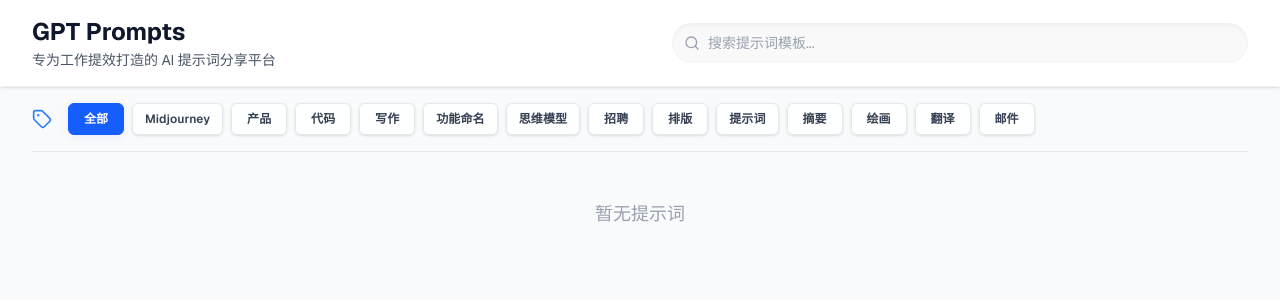
Repository: SweetPomelo0/GPT_Prompts
Page: /
The author's editor kept a copy of each file at every save. The page is drawn from the files as they stood at one save, then again after the next save.
The browser window is 1280 px wide. The pictures show the whole page.
The page's requests for data from a server got no answer. The project was rebuilt for these pictures with package versions that can differ from the ones it lists, and the page was loaded fresh each time. The framework's server and built-in components were replaced by stand-ins that run in the browser. No one was signed in, and anything a server would have sent is missing. Also part of the build but not shown: next.config.ts, src/components/PromptCard.tsx, src/components/PromptModal.tsx.

Above is the page before, as saved 2025-07-27 23:08:03.

### src/app/layout.tsx
import type { Metadata } from "next";
import { Geist, Geist_Mono } from "next/font/google";
import "./globals.css";

const geistSans = Geist({
  variable: "--font-geist-sans",
  subsets: ["latin"],
});

const geistMono = Geist_Mono({
  variable: "--font-geist-mono",
  subsets: ["latin"],
});

export const metadata: Metadata = {
  title: "GPT_Prompts",
  description: "专为工作提效打造的 AI 提示词分享平台",
};

export default function RootLayout({
  children,
}: Readonly<{
  children: React.ReactNode;
}>) {
  return (
    <html lang="zh-CN">
      <body
        className={`${geistSans.variable} ${geistMono.variable} antialiased`}
      >
        {children}
      </body>
    </html>
  );
}

### src/app/page.tsx
'use client';

import { useState, useEffect } from 'react';
import Header from '@/components/Header';
import CategoryNav from '@/components/CategoryNav';
import PromptList from '@/components/PromptList';
import { categories } from '@/data/prompts';
import { Prompt } from '@/types/prompt';

export default function Home() {
  const [activeCategory, setActiveCategory] = useState('all');
  const [searchQuery, setSearchQuery] = useState('');
  const [prompts, setPrompts] = useState<Prompt[]>([]);
  const [loading, setLoading] = useState(true);

  // 获取提示词数据
  useEffect(() => {
    const fetchPrompts = async () => {
      try {
        const response = await fetch('/api/prompts');
        if (response.ok) {
          const data = await response.json();
          setPrompts(data);
        } else {
          console.error('Failed to fetch prompts');
        }
      } catch (error) {
        console.error('Error fetching prompts:', error);
      } finally {
        setLoading(false);
      }
    };

    fetchPrompts();
  }, []);

  // 根据分类和搜索查询过滤提示词
  const filteredPrompts = prompts.filter(prompt => {
    // 先按分类过滤
    if (activeCategory !== 'all') {
      const category = categories.find(cat => cat.id === activeCategory);
      if (!category || !prompt.categories.includes(category.name)) {
        return false;
      }
    }

    // 如果没有搜索查询，返回所有符合分类的提示词
    return true;
  });

  if (loading) {
    return (
      <div className="min-h-screen bg-gray-50 flex items-center justify-center">
        <div className="text-gray-500">加载中...</div>
      </div>
    );
  }

  return (
    <div className="min-h-screen bg-gray-50">
      {/* 头部：网站标题和搜索框 */}
      <Header onSearch={setSearchQuery} />

      {/* 分类导航栏 */}
      <CategoryNav
        categories={categories}
        activeCategory={activeCategory}
        onCategoryChange={setActiveCategory}
      />

      {/* 提示词列表 */}
      <main>
        <PromptList
          prompts={filteredPrompts}
          searchQuery={searchQuery}
        />
      </main>
    </div>
  );
}

### src/app/globals.css
@import "tailwindcss";

:root {
  --background: #ffffff;
  --foreground: #171717;
}

@theme inline {
  --color-background: var(--background);
  --color-foreground: var(--foreground);
  --font-sans: var(--font-geist-sans);
  --font-mono: var(--font-geist-mono);
}

@media (prefers-color-scheme: dark) {
  :root {
    --background: #0a0a0a;
    --foreground: #ededed;
  }
}

/* 暗黑模式样式 */
.dark {
  --background: #0a0a0a;
  --foreground: #ededed;
}

body {
  background: linear-gradient(to bottom, #f8f9fa, #e9ecef);
  color: var(--foreground);
  font-family: var(--font-geist-sans), Arial, Helvetica, sans-serif;
  transition: background 0.3s ease, color 0.3s ease;
}

.dark body {
  background: linear-gradient(to bottom, #121212, #1e1e1e);
}

@keyframes fade-in-scale {
  from {
    transform: scale(0.95) translateY(20px);
    opacity: 0;
  }
  to {
    transform: scale(1) translateY(0);
    opacity: 1;
  }
}

.animate-fade-in-scale {
  animation: fade-in-scale 0.3s ease-in-out forwards;
}

/* Custom scrollbar styles */
.custom-scrollbar::-webkit-scrollbar {
  width: 8px;
  height: 8px;
}

.custom-scrollbar::-webkit-scrollbar-track {
  background: transparent;
}

.custom-scrollbar::-webkit-scrollbar-thumb {
  background: rgba(0, 0, 0, 0.1); /* 半透明 */
  border-radius: 4px;
  transition: background 0.3s;
}

.custom-scrollbar:hover::-webkit-scrollbar-thumb {
  background: #d1d5db; /* 悬停时显示滚动条 */
  transition: background 0.3s ease;
}

.custom-scrollbar::-webkit-scrollbar-thumb:hover {
  background: #9ca3af; /* 滚动条悬停时的颜色 */
}

/* For Firefox */
.custom-scrollbar {
  scrollbar-width: thin;
  scrollbar-color: transparent transparent; /* 默认透明，不显示滚动条 */
  transition: scrollbar-color 0.3s ease;
}

.custom-scrollbar:hover {
  scrollbar-color: #d1d5db transparent; /* 悬停时显示滚动条 */
}

### src/components/Header.tsx
'use client';

import { useState } from 'react';
import { Search } from 'lucide-react';

interface HeaderProps {
  onSearch: (query: string) => void;
}

export default function Header({ onSearch }: HeaderProps) {
  const [searchQuery, setSearchQuery] = useState('');

  // 处理输入变化，实时搜索
  const handleInputChange = (e: React.ChangeEvent<HTMLInputElement>) => {
    const newQuery = e.target.value;
    setSearchQuery(newQuery);
    onSearch(newQuery); // 实时触发搜索
  };

  // 处理表单提交（防止页面刷新）
  const handleSubmit = (e: React.FormEvent) => {
    e.preventDefault();
  };

  return (
    <header className="bg-white/90 backdrop-blur-md shadow-sm border-b border-gray-200/50">
      <div className="max-w-7xl mx-auto px-4 sm:px-6 lg:px-8">
        <div className="flex items-center justify-between py-4 gap-4">
        {/* 网站标题 */}
        <div className="flex-1 min-w-0">
          <h1 className="text-2xl font-bold text-slate-900 truncate">
            GPT Prompts
          </h1>
          <p className="text-sm text-gray-600 leading-tight truncate mt-1">
            专为工作提效打造的 AI 提示词分享平台
          </p>
        </div>

        {/* 搜索框 */}
        <div className="flex-1 max-w-xl">
          <form onSubmit={handleSubmit} className="relative">
            <Search className="absolute left-3 top-1/2 transform -translate-y-1/2 text-gray-400 w-4 h-4" />
            <input
              type="text"
              placeholder="搜索提示词模板..."
              value={searchQuery}
              onChange={handleInputChange}
              className="w-full bg-gray-100/50 border-0 rounded-full pl-9 pr-4 py-2.5 text-sm focus:ring-2 focus:ring-blue-400 focus:bg-white shadow-inner transition-all duration-300 placeholder-gray-400 hover:bg-gray-50"
            />
          </form>
        </div>
      </div>
      </div>
    </header>
  );
}

### src/components/CategoryNav.tsx
'use client';

import { Category } from '@/types/prompt';
import { Tag } from 'lucide-react';

interface CategoryNavProps {
  categories: Category[];
  activeCategory: string;
  onCategoryChange: (categoryId: string) => void;
}

export default function CategoryNav({ categories, activeCategory, onCategoryChange }: CategoryNavProps) {
  return (
    <nav>
      <div className="max-w-7xl mx-auto px-4 sm:px-6 lg:px-8">
        <div className="flex items-center flex-wrap gap-2 py-4">
          <Tag className="w-5 h-5 text-blue-500 mr-2 shrink-0" />
          <div className="flex flex-wrap gap-2">
            {categories.map((category) => (
              <button
                key={category.id}
                onClick={() => onCategoryChange(category.id)}
                className={`group h-8 text-xs rounded-md border font-semibold transition-all duration-200 whitespace-nowrap shadow-sm focus:outline-none focus:ring-2 focus:ring-blue-200 focus:ring-offset-2 flex items-center justify-center ${
                  activeCategory === category.id
                    ? 'bg-blue-600 text-white border-blue-600 shadow-md'
                    : 'bg-white/90 text-gray-700 border-gray-200 hover:text-blue-600 hover:border-blue-600 hover:bg-blue-50'
                }`}
                style={{letterSpacing: '0.01em', minWidth: 56, minHeight: 32, padding: '0 12px', boxShadow: activeCategory === category.id ? '0 2px 8px 0 rgba(24, 80, 255, 0.08)' : undefined}}
              >
                {category.name}
              </button>
            ))}
          </div>
        </div>
        <hr className="border-t border-gray-200" />
      </div>
    </nav>
  );
}

### src/components/PromptList.tsx
'use client';

import { useState } from 'react';
import pinyin from 'tiny-pinyin';
import { Prompt } from '@/types/prompt';
import PromptCard from './PromptCard';
import PromptModal from './PromptModal';

interface PromptListProps {
  prompts: Prompt[];
  searchQuery: string;
}

export default function PromptList({ prompts, searchQuery }: PromptListProps) {
  const [selectedPrompt, setSelectedPrompt] = useState<Prompt | null>(null);
  const [isModalOpen, setIsModalOpen] = useState(false);

  const handleCardClick = (prompt: Prompt) => {
    setSelectedPrompt(prompt);
    setIsModalOpen(true);
  };

  const handleCloseModal = () => {
    setIsModalOpen(false);
    setSelectedPrompt(null);
  };

  // 拼音搜索辅助函数
  const matchesPinyin = (text: string, query: string): boolean => {
    if (!pinyin.isSupported()) {
      return false;
    }

    try {
      // 转换为拼音（不带音调）
      const pinyinText = pinyin.convertToPinyin(text, '', true); // 小写，无分隔符
      // 转换为拼音首字母
      const pinyinInitials = pinyin.parse(text)
        .filter(token => token.type === 2) // 只取中文字符
        .map(token => token.target.charAt(0).toLowerCase())
        .join('');

      return (
        pinyinText.includes(query) ||
        pinyinInitials.includes(query)
      );
    } catch (error) {
      console.warn('拼音转换失败:', error);
      return false;
    }
  };

  // 过滤提示词
  const filteredPrompts = prompts.filter(prompt => {
    if (!searchQuery) return true;

    const query = searchQuery.toLowerCase();

    // 基本字符串匹配
    const basicMatch = (
      prompt.title.toLowerCase().includes(query) ||
      prompt.description.toLowerCase().includes(query) ||
      prompt.categories.some(category => category.toLowerCase().includes(query)) ||
      (prompt.content && prompt.content.toLowerCase().includes(query))
    );

    // 拼音匹配
    const pinyinMatch = (
      matchesPinyin(prompt.title, query) ||
      matchesPinyin(prompt.description, query) ||
      prompt.categories.some(category => matchesPinyin(category, query))
    );

    return basicMatch || pinyinMatch;
  });

  if (filteredPrompts.length === 0) {
    return (
      <div className="text-center py-12">
        <div className="text-gray-400 text-lg mb-2">
          {searchQuery ? '未找到相关提示词' : '暂无提示词'}
        </div>
        {searchQuery && (
          <p className="text-gray-500">
            尝试使用其他关键词搜索
          </p>
        )}
      </div>
    );
  }

  return (
    <>
      <div className="max-w-7xl mx-auto px-4 sm:px-6 lg:px-8 py-8">
        <div className="grid grid-cols-1 md:grid-cols-2 lg:grid-cols-4 gap-2">
          {filteredPrompts.map((prompt) => (
            <PromptCard
              key={prompt.id}
              prompt={prompt}
              onCardClick={handleCardClick}
            />
          ))}
        </div>
      </div>

      <PromptModal
        prompt={selectedPrompt}
        isOpen={isModalOpen}
        onClose={handleCloseModal}
      />
    </>
  );
}

### src/data/prompts.ts
import { Prompt, Category, extractCategoriesFromPrompts } from "@/types/prompt";

// 基础分类（始终包含"全部"选项）
const baseCategories: Category[] = [
  {
    id: "all",
    name: "全部",
    description: "所有提示词模板",
  },
];

// 动态生成分类的函数
export function generateCategoriesFromPrompts(prompts: Prompt[]): Category[] {
  const uniqueCategories = extractCategoriesFromPrompts(prompts);
  const dynamicCategories: Category[] = uniqueCategories.map((category) => ({
    id: category.toLowerCase().replace(/\s+/g, "-"),
    name: category,
    description: `${category}相关的提示词模板`,
  }));

  return [...baseCategories, ...dynamicCategories];
}

export const prompts: Prompt[] = [
  {
    id: "2",
    title: "中文写作改进专家",
    description: "优化文章句子的语法、清晰度和简洁度，提高可读性",
    content: "", // 内容将通过API从md文件加载
    categories: ["写作"],
    createdAt: "2025-07-27",
    updatedAt: "2025-07-27",
  },
  {
    id: "3",
    title: "软件功能命名专家",
    description: "根据功能描述，设计符合软件界面语言风格和行业标准的功能名称",
    content: "", // 内容将通过API从md文件加载
    categories: ["功能命名"],
    createdAt: "2025-07-27",
    updatedAt: "2025-07-27",
  },
  {
    id: "4",
    title: "词条英译中的翻译专家",
    description:
      "将英文软件词条或句子翻译成简体中文，风格贴近苹果和微软中文软件的表达方式",
    content: "", // 内容将通过API从md文件加载
    categories: ["翻译"],
    createdAt: "2025-07-27",
    updatedAt: "2025-07-27",
  },
  {
    id: "5",
    title: "提示词写作专家",
    description: "将自然语言提示转化为结构清晰、标准化的AI提示词结构",
    content: "", // 内容将通过API从md文件加载
    categories: ["提示词"],
    createdAt: "2025-07-27",
    updatedAt: "2025-07-27",
  },
  {
    id: "6",
    title: "词条中译英的翻译专家",
    description:
      "将简体中文软件词条或句子翻译成英文，风格贴近苹果和微软英文软件的表达方式",
    content: "", // 内容将通过API从md文件加载
    categories: ["翻译"],
    createdAt: "2025-07-27",
    updatedAt: "2025-07-27",
  },
  {
    id: "7",
    title: "Midjourney提示词生成专家",
    description: "根据用户输入的描述，生成符合Midjourney AI要求的提示词",
    content: "", // 内容将通过API从md文件加载
    categories: ["绘画", "Midjourney"],
    createdAt: "2025-07-27",
    updatedAt: "2025-07-27",
  },
  {
    id: "8",
    title: "英文翻译专家",
    description: "将其他语言翻译成英文，或改进你提供的英文句子",
    content: "", // 内容将通过API从md文件加载
    categories: ["翻译"],
    createdAt: "2025-07-27",
    updatedAt: "2025-07-27",
  },
  {
    id: "9",
    title: "英汉双向翻译器",
    description: "实现中英文双向翻译，支持词组、普通词汇、句子等",
    content: "", // 内容将通过API从md文件加载
    categories: ["翻译"],
    createdAt: "2025-07-27",
    updatedAt: "2025-07-27",
  },
  {
    id: "10",
    title: "内容摘要器",
    description: "将长文本摘要为 100 个字内，使其易于阅读和理解",
    content: "", // 内容将通过API从md文件加载
    categories: ["摘要"],
    createdAt: "2025-07-27",
    updatedAt: "2025-07-27",
  },
  {
    id: "11",
    title: "代码解释器",
    description: "解释代码的语法和语义，逐行分析",
    content: "", // 内容将通过API从md文件加载
    categories: ["代码"],
    createdAt: "2025-07-27",
    updatedAt: "2025-07-27",
  },
  {
    id: "12",
    title: "ChatGPT 提示工程师",
    description: "与用户协作创建最优质的 ChatGPT 提示词",
    content: "", // 内容将通过API从md文件加载
    categories: ["提示词"],
    createdAt: "2025-07-27",
    updatedAt: "2025-07-27",
  },
  {
    id: "13",
    title: "文章润色",
    description:
      "提升文本的逻辑性、通俗性和论证充分性，使内容更清晰易懂、结构严谨",
    content: "", // 内容将通过API从md文件加载
    categories: ["写作"],
    createdAt: "2025-07-27",
    updatedAt: "2025-07-27",
  },
  {
    id: "14",
    title: "职位描述生成",
    description:
      "根据输入的职位相关信息，自动生成一份详细的职位描述，涵盖岗位职责、招聘要求",
    content: "", // 内容将通过API从md文件加载
    categories: ["招聘"],
    createdAt: "2025-07-27",
    updatedAt: "2025-07-27",
  },
  {
    id: "15",
    title: "岗位职责生成",
    description:
      "根据标准模板以及向用户收集需求，帮助从事人力资源岗位的用户快速生成岗位职责",
    content: "", // 内容将通过API从md文件加载
    categories: ["招聘"],
    createdAt: "2025-07-27",
    updatedAt: "2025-07-27",
  },
  {
    id: "16",
    title: "简历筛选师",
    description:
      "基于结构化标准与职位要求，从多份求职简历中高效筛选出最符合条件的人选",
    content: "", // 内容将通过API从md文件加载
    categories: ["招聘"],
    createdAt: "2025-07-27",
    updatedAt: "2025-07-27",
  },
  {
    id: "17",
    title: "面试题出题大师",
    description: "面试题出题大师，能够根据要求输出符合要求的面试题",
    content: "", // 内容将通过API从md文件加载
    categories: ["招聘"],
    createdAt: "2025-07-27",
    updatedAt: "2025-07-27",
  },
  {
    id: "18",
    title: "六顶思考帽",
    description: "根据用户输入的问题进行六顶思考帽的思考",
    content: "", // 内容将通过API从md文件加载
    categories: ["思维模型"],
    createdAt: "2025-07-27",
    updatedAt: "2025-07-27",
  },
  {
    id: "19",
    title: "竞品分析",
    description: "明确产品定位和优化营销策略",
    content: "", // 内容将通过API从md文件加载
    categories: ["产品"],
    createdAt: "2025-07-27",
    updatedAt: "2025-07-27",
  },
  {
    id: "20",
    title: "邮件优化大师",
    description:
      "根据用户提供的邮件基本信息，生成一个优化后的邮件标题和邮件内容，提高邮件的开信率和回复率。",
    content: "", // 内容将通过API从md文件加载
    categories: ["邮件"],
    createdAt: "2025-07-27",
    updatedAt: "2025-07-27",
  },
  {
    id: "21",
    title: "Prompt 分析器",
    description: "分析用户的 Prompt 并进行评分和改进建议",
    content: "", // 内容将通过API从md文件加载
    categories: ["提示词"],
    createdAt: "2025-07-27",
    updatedAt: "2025-07-27",
  },
  {
    id: "22",
    title: "文字排版大师",
    description:
      "使用 ASCII 符号和 Emoji 表情符号来优化排版已有信息, 提供更好的阅读体验",
    content: "", // 内容将通过API从md文件加载
    categories: ["排版"],
    createdAt: "2025-07-27",
    updatedAt: "2025-07-27",
  },
  {
    id: "23",
    title: "产品起名器",
    description: "分析产品的核心卖点和理解用户心智，生成产品名称",
    content: "", // 内容将通过API从md文件加载
    categories: ["产品"],
    createdAt: "2025-07-27",
    updatedAt: "2025-07-27",
  },
];

// 导出动态生成的分类
export const categories = generateCategoriesFromPrompts(prompts);

### src/types/prompt.ts
export interface Prompt {
  id: string;
  title: string;
  description: string;
  content: string;
  categories: string[];
  createdAt: string;
  updatedAt: string;
}

export interface Category {
  id: string;
  name: string;
  description: string;
  icon?: string;
}

// 工具函数：从提示词数据中提取所有唯一的分类
export function extractCategoriesFromPrompts(prompts: Prompt[]): string[] {
  const categories = new Set(prompts.flatMap((prompt) => prompt.categories));
  return Array.from(categories).sort();
}

// 动态类型：基于实际数据的分类类型
export type PromptCategory = string;

// 动态类型：基于实际数据的标签类型
export type PromptTag = string;

### src/components/ThemeToggle.tsx
'use client';

import { useState, useEffect } from 'react';
import { Moon, Sun } from 'lucide-react';

export default function ThemeToggle() {
  // 使用状态来跟踪当前主题
  const [isDark, setIsDark] = useState(false);

  // 在组件挂载时检查系统偏好和本地存储的主题
  useEffect(() => {
    // 检查本地存储中是否有保存的主题偏好
    const savedTheme = localStorage.getItem('theme');

    // 如果有保存的主题偏好，使用它
    if (savedTheme) {
      setIsDark(savedTheme === 'dark');
      document.documentElement.classList.toggle('dark', savedTheme === 'dark');
    } else {
      // 否则，检查系统偏好
      const prefersDark = window.matchMedia('(prefers-color-scheme: dark)').matches;
      setIsDark(prefersDark);
      document.documentElement.classList.toggle('dark', prefersDark);
    }
  }, []);

  // 切换主题的函数
  const toggleTheme = () => {
    const newTheme = !isDark ? 'dark' : 'light';
    setIsDark(!isDark);

    // 更新 HTML 元素的类名
    document.documentElement.classList.toggle('dark', !isDark);

    // 保存主题偏好到本地存储
    localStorage.setItem('theme', newTheme);
  };

  return (
    <button
      onClick={toggleTheme}
      className="p-2 rounded-full bg-gray-100 hover:bg-gray-200 dark:bg-gray-800 dark:hover:bg-gray-700 transition-colors duration-200"
      aria-label={isDark ? '切换到亮色模式' : '切换到暗色模式'}
    >
      {isDark ? (
        <Sun className="w-5 h-5 text-yellow-500" />
      ) : (
        <Moon className="w-5 h-5 text-slate-700" />
      )}
    </button>
  );
}

After the next save:
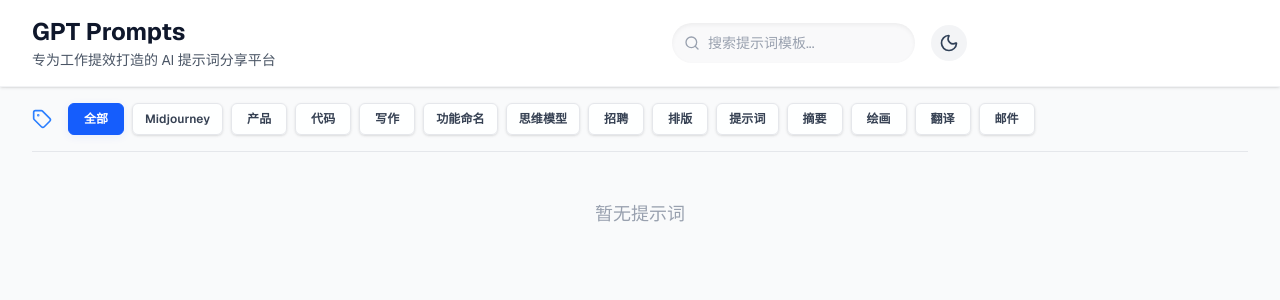
Saved 14 s later.
--- a/src/components/Header.tsx
+++ b/src/components/Header.tsx
@@ -2,6 +2,7 @@
 
 import { useState } from 'react';
 import { Search } from 'lucide-react';
+import ThemeToggle from './ThemeToggle';
 
 interface HeaderProps {
   onSearch: (query: string) => void;
@@ -23,21 +24,21 @@ export default function Header({ onSearch }: HeaderProps) {
   };
 
   return (
-    <header className="bg-white/90 backdrop-blur-md shadow-sm border-b border-gray-200/50">
+    <header className="bg-white/90 dark:bg-gray-900/90 backdrop-blur-md shadow-sm border-b border-gray-200/50 dark:border-gray-700/50">
       <div className="max-w-7xl mx-auto px-4 sm:px-6 lg:px-8">
         <div className="flex items-center justify-between py-4 gap-4">
         {/* 网站标题 */}
         <div className="flex-1 min-w-0">
-          <h1 className="text-2xl font-bold text-slate-900 truncate">
+          <h1 className="text-2xl font-bold text-slate-900 dark:text-white truncate">
             GPT Prompts
           </h1>
-          <p className="text-sm text-gray-600 leading-tight truncate mt-1">
+          <p className="text-sm text-gray-600 dark:text-gray-400 leading-tight truncate mt-1">
             专为工作提效打造的 AI 提示词分享平台
           </p>
         </div>
 
         {/* 搜索框 */}
-        <div className="flex-1 max-w-xl">
+        <div className="flex-1 max-w-xl flex items-center gap-4">
           <form onSubmit={handleSubmit} className="relative">
             <Search className="absolute left-3 top-1/2 transform -translate-y-1/2 text-gray-400 w-4 h-4" />
             <input
@@ -45,9 +46,12 @@ export default function Header({ onSearch }: HeaderProps) {
               placeholder="搜索提示词模板..."
               value={searchQuery}
               onChange={handleInputChange}
-              className="w-full bg-gray-100/50 border-0 rounded-full pl-9 pr-4 py-2.5 text-sm focus:ring-2 focus:ring-blue-400 focus:bg-white shadow-inner transition-all duration-300 placeholder-gray-400 hover:bg-gray-50"
+              className="w-full bg-gray-100/50 dark:bg-gray-800/50 border-0 rounded-full pl-9 pr-4 py-2.5 text-sm focus:ring-2 focus:ring-blue-400 focus:bg-white dark:focus:bg-gray-700 shadow-inner transition-all duration-300 placeholder-gray-400 dark:placeholder-gray-500 hover:bg-gray-50 dark:hover:bg-gray-800 dark:text-gray-200"
             />
           </form>
+
+          {/* 主题切换按钮 */}
+          <ThemeToggle />
         </div>
       </div>
       </div>
